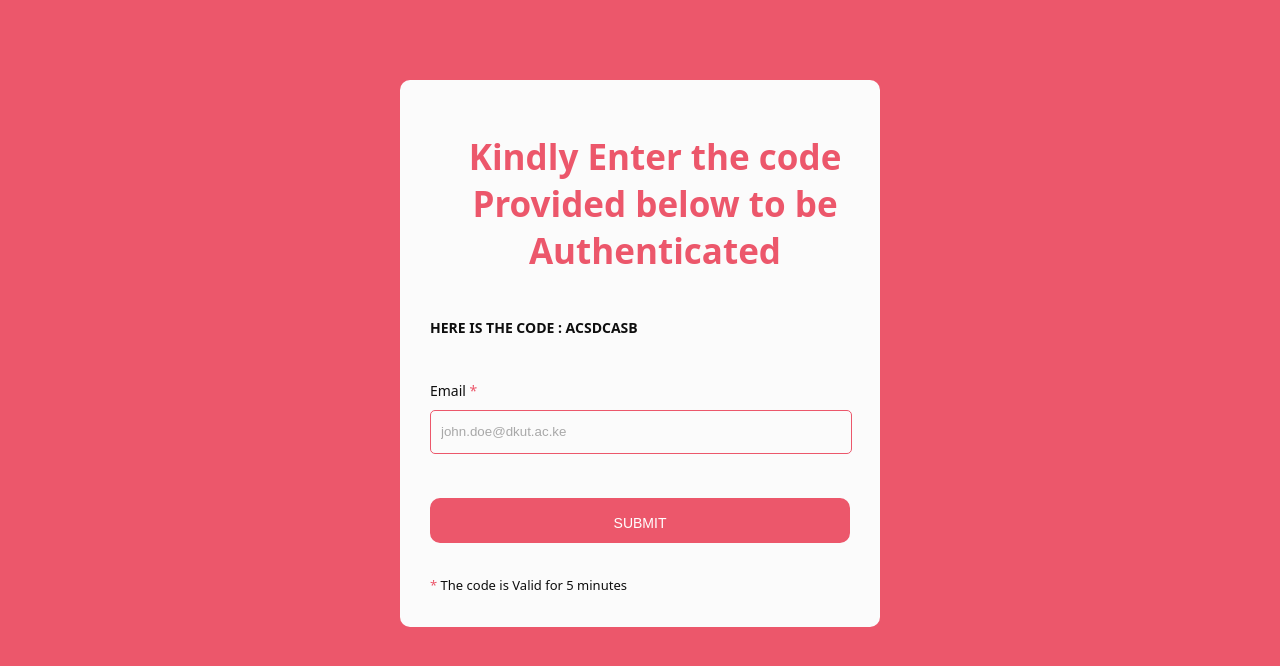
Repository: DevLaukey/electron_timer
Page: index.html
These files come from the project's save history. The page is drawn as it stood at one moment and after the next save; the edit follows.
The browser window is 1280 px wide. The pictures show the whole page.

Above is the page before, as saved 2023-05-23 19:19:08.

### index.html
<!DOCTYPE html>
<html>
  <head>
    <meta charset="UTF-8" />
    <!-- https://developer.mozilla.org/en-US/docs/Web/HTTP/CSP -->
    <meta
      http-equiv="Content-Security-Policy"
      content="default-src 'self'; script-src 'self'; style-src 'self' 'unsafe-inline'"
    />
    <link href="./styles.css" rel="stylesheet" />
    <title>User Management</title>
  </head>
  <body>
    <div class="contact_form">
      <div class="formulario">
        <h1>Kindly Enter the code Provided below to be Authenticated</h1>
        <h3>HERE IS THE CODE : ACSDCASB</h3>

        <form>
          <p>
            <label for="email" class="colocar_email"
              >Email
              <span class="obrigatorio">*</span>
            </label>
            <input
              type="email"
              name="email"
              id="email"
              required
              placeholder="john.doe@dkut.ac.ke"
            />
          </p>

          <button type="submit" name="enviar_formulario" id="enviar">
            <p>Submit</p>
          </button>

          <p class="aviso">
            <span class="obrigatorio"> * </span>The code is Valid for 5 minutes
          </p>
        </form>
      </div>
    </div>
    <!-- You can also require other files to run in this process -->
    <script src="./renderer.js"></script>
    <script>
      // generate a random number
      const random = Math.random();
      // show the random number in the html page
      document.getElementById("random").innerHTML = random;
    </script>
  </body>
  <script>
  document.querySelector("#login-button").addEventListener("click", () => {
    const username = document.getElementById("username").value;
    const password = document.getElementById("password").value;

    const data = {
      username: username,
      password: password,
    };

    window.electron.login(data);
  });

</script>
</html>

### styles.css
/* importação da fonte do google fonts */
@import url(https://fonts.googleapis.com/css?family=Noto+Sans);


body{
	height: 100%;
	font-family: 'Noto Sans', sans-serif;
  background-color: #ec576b;
}


.contact_form{
	width: 450px;
  height: auto;
  margin: 80px auto;
	border-radius: 10px;
	text-align: left;
	padding-top: 30px;
	padding-bottom: 20px;
  background-color: #fbfbfb;
  padding-left: 30px;
}


input{
	background-color: #fbfbfb;
	width: 408px;
	height: 40px;
	border-radius: 5px;
	border-style: solid;
	border-width: 1px;
	border-color: #ec576b;
	margin-top: 10px;
	padding-left: 10px;
  margin-bottom: 20px;
}


textarea{
  background-color: #fbfbfb;
	width: 405px;
	height: 150px;
	border-radius: 5px;
	border-style: solid;
	border-width: 1px;
	border-color: #ec576b;
	margin-top: 10px;
	padding-left: 10px;
  margin-bottom: 20px;
  padding-top: 15px;
}


label{
  display: block;
	float: center;
}


button{
	height: 45px;
	padding-left: 5px;
	padding-right: 5px;
	margin-bottom: 20px;
	margin-top: 10px;
	text-transform: uppercase;
	background-color: #ec576b;
	border-color: #ec576b;
	border-style: solid;
	border-radius: 10px;
	width: 420px;
  cursor: pointer;
}


button p{
	color: #fff;
}


span{
	color: #ec576b;
}


.aviso{
	font-size: 13px;
	color: #0e0e0e;
}


h1{
	font-size: 35px;
	text-align: center;
	padding-bottom: 20px;
	color: #ec576b;
}


h3{
	font-size: 14px;
	padding-bottom: 30px;
	color: #0e0e0e;
}


p{
	font-size: 14px;
	color: #0e0e0e;
}


::-webkit-input-placeholder {
 color: #a8a8a8;
}


::-webkit-textarea-placeholder {
 color: #a8a8a8;
}


.formulario input:focus{
	outline:0;
	border: 1px solid #97d848;
}


.formulario textarea:focus{
	outline:0;
	border: 1px solid #97d848;
}

Loaded but not shown: renderer.js (common file)

After the next save:
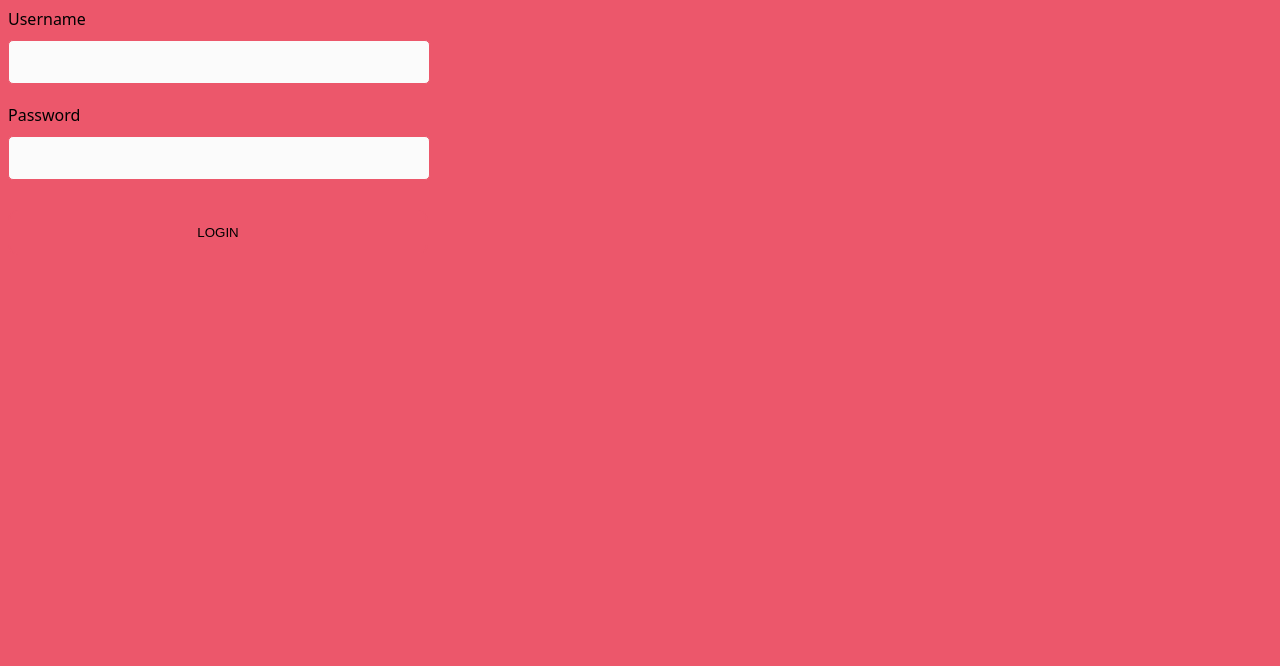
Saved 79 s later.
--- a/index.html
+++ b/index.html
@@ -11,7 +11,21 @@
     <title>User Management</title>
   </head>
   <body>
-    <div class="contact_form">
+      <div>
+    <label>Username</label>
+    <input type="text" name="username" id="username"/>
+
+    <label>Password</label>
+    <input type="password" name="password" id="password"/>
+  </div>
+
+  <div>
+    <button id="login-button">Login</button>
+  </div>
+  <div>
+    <label id="error-message"></label>
+  </div>
+    <!-- <div class="contact_form">
       <div class="formulario">
         <h1>Kindly Enter the code Provided below to be Authenticated</h1>
         <h3>HERE IS THE CODE : ACSDCASB</h3>
@@ -40,15 +54,15 @@
           </p>
         </form>
       </div>
-    </div>
+    </div> -->
     <!-- You can also require other files to run in this process -->
     <script src="./renderer.js"></script>
-    <script>
+    <!-- <script>
       // generate a random number
       const random = Math.random();
       // show the random number in the html page
       document.getElementById("random").innerHTML = random;
-    </script>
+    </script> -->
   </body>
   <script>
   document.querySelector("#login-button").addEventListener("click", () => {
